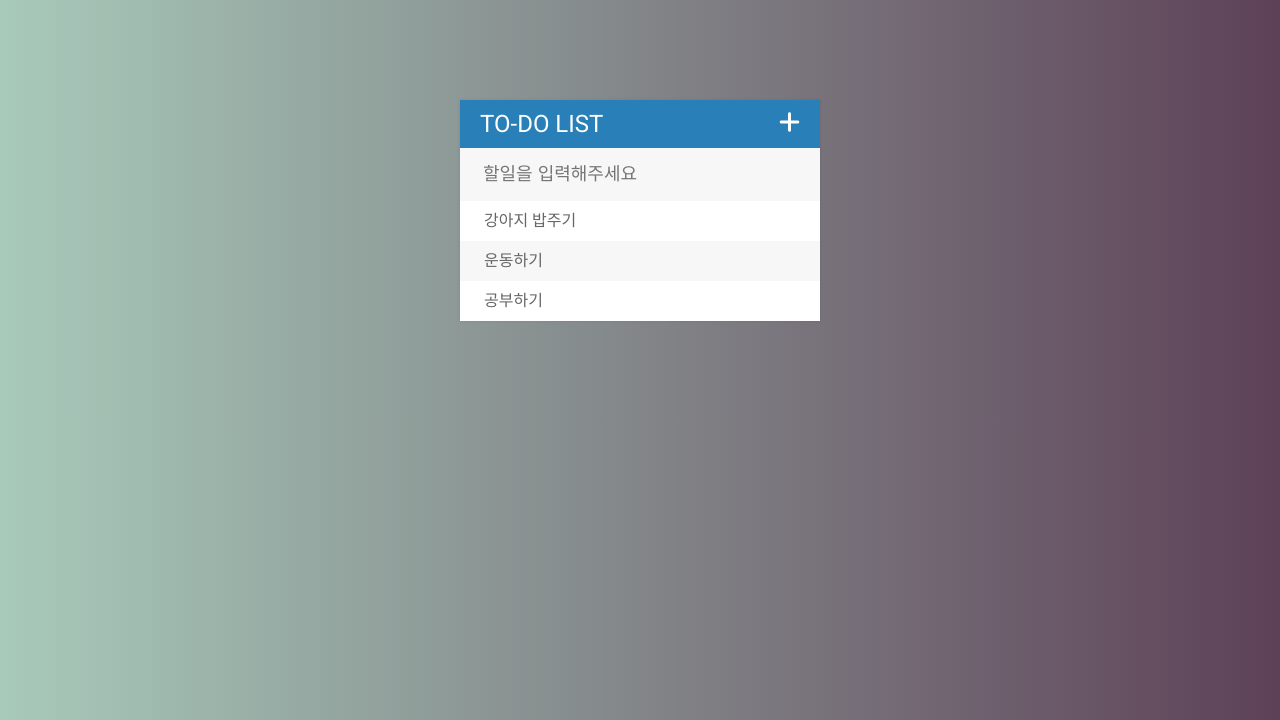
Repository: minsuk1/portfolio
Page: index2.html
An editor plug-in stored every save of this project. The page is shown before and after the next save, followed by the edit.
The browser window is 1280 px wide. The pictures show the whole page.
Some web libraries are served in a nearby version.

Above is the page before, as saved 2021-01-01 14:33:39.
Not found: assets/js/script2.js

After the next save:
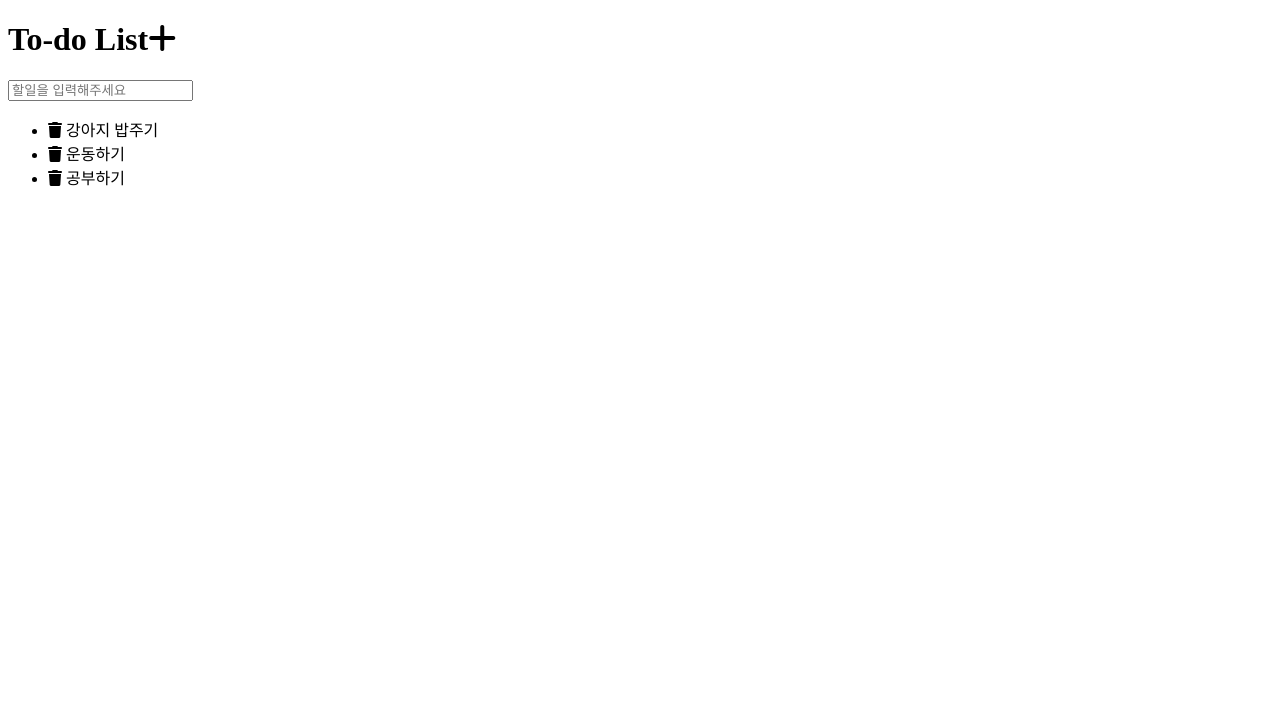
Not found: assets/css/style.css
Not found: assets/js/javascript.js
Saved 8 s later.
--- a/index2.html
+++ b/index2.html
@@ -6,7 +6,7 @@
     <meta http-equiv="X-UA-Compatible" content="ie=edge">
     <title>To do List</title>
     <script type="text/javascript" src="https://code.jquery.com/jquery-3.4.1.min.js"></script>
-    <link rel='stylesheet' type="text/css" href="assets/css/style2.css">
+    <link rel='stylesheet' type="text/css" href="assets/css/style.css">
     <link href="https://fonts.googleapis.com/css?family=Roboto:400,500,700&display=swap" rel="stylesheet">
     <script src="https://kit.fontawesome.com/0f77f25011.js"></script>
 
@@ -21,6 +21,7 @@
         <li> <span><i class="fas fa-trash"></i></span> 공부하기</li>
 </ul>
 </div>
-    <script  src="assets/js/script2.js"></script>
+
+     <script type="text/javascript" src="assets/js/javascript.js"></script>
 </body>
 </html>

After the save that followed:
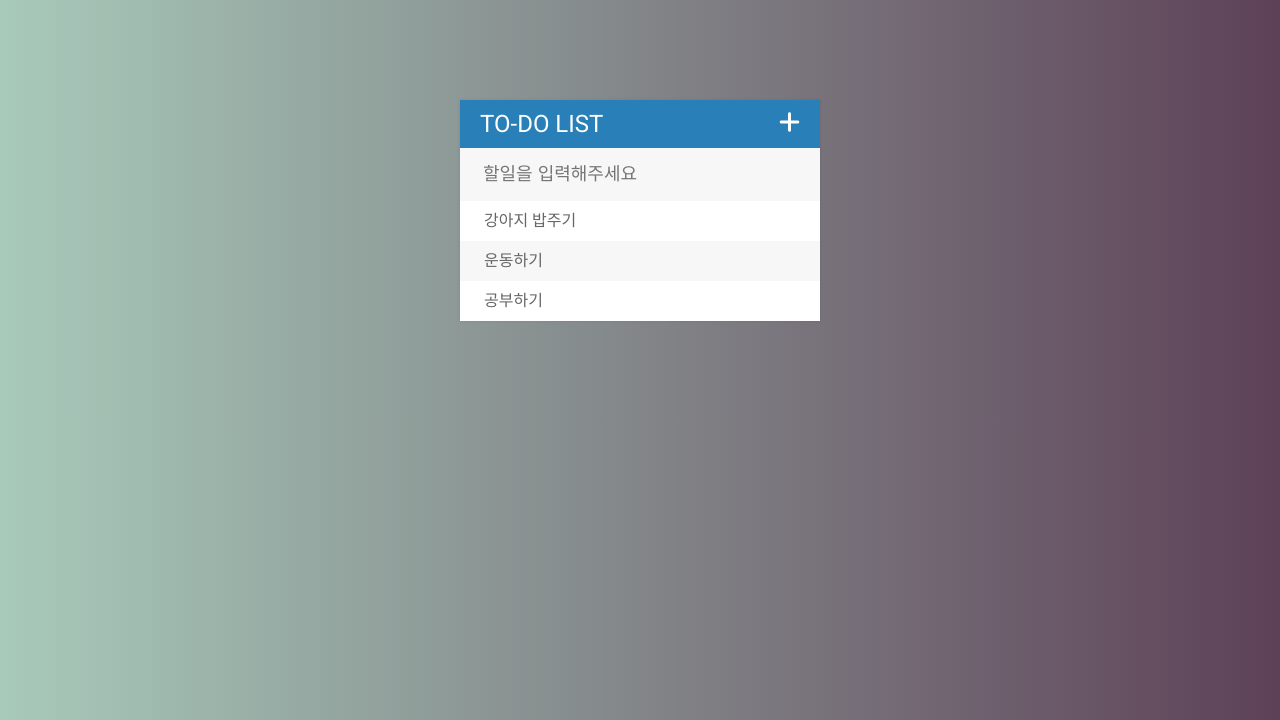
Saved 107 s later.
--- a/index2.html
+++ b/index2.html
@@ -6,7 +6,7 @@
     <meta http-equiv="X-UA-Compatible" content="ie=edge">
     <title>To do List</title>
     <script type="text/javascript" src="https://code.jquery.com/jquery-3.4.1.min.js"></script>
-    <link rel='stylesheet' type="text/css" href="assets/css/style.css">
+    <link href="css/style2.css" rel="stylesheet">
     <link href="https://fonts.googleapis.com/css?family=Roboto:400,500,700&display=swap" rel="stylesheet">
     <script src="https://kit.fontawesome.com/0f77f25011.js"></script>
 
